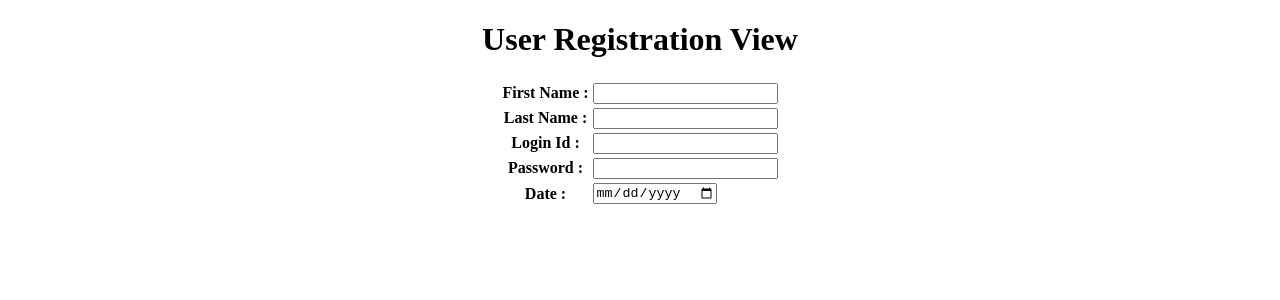
Repository: HimanshuJain1991/ProjectModuleUseCase
Page: http://localhost/Practice/UserRegistrationView.jsp
These files come from the project's save history. The page is drawn as it stood at one moment and after the next save; the edit follows.
The browser window is 1280 px wide. The pictures show the whole page.
The page is served by Tomcat 9. Other server files are loaded and not shown.

Above is the page before, as saved 2024-02-27 11:07:30.

### Practice/src/main/webapp/UserRegistrationView.jsp
<%@page import="in.co.rays.dto.UserDTO"%>
<%@ page language="java" contentType="text/html; charset=ISO-8859-1"
	pageEncoding="ISO-8859-1"%>
<!DOCTYPE html>
<html>
<head>
<meta charset="ISO-8859-1">
<title>Insert title here</title>
</head>
<%
	UserDTO dto = new UserDTO();
%>
<body>

	<center>
		<h1>User Registration View</h1>
		<table>
			<tr>
				<th>First Name :</th>
				<td><input type="text" name="firstName"></td>
			</tr>
			<tr>
				<th>Last Name :</th>
				<td><input type="text" name="lastName"></td>

			</tr>
			<tr>
				<th>Login Id :</th>
				<td><input type="text" name="loginId"></td>

			</tr>
			<tr>
				<th>Password :</th>
				<td><input type="password" name="password"></td>

			</tr>
			<tr>
				<th>Date :</th>
				<td><input type="date" name="dob"></td>

			</tr>

			</center>
</body>
</html>

### Practice/src/main/java/in/co/rays/dto/UserDTO.java
package in.co.rays.dto;

import java.util.Date;

public class UserDTO {
	private int id=0;
	private String firstName=null;
	private String lastName=null;
	private String loginId=null;
	private String password=null;
	private Date dob;
	private String address=null;
	public int getId() {
		return id;
	}
	public void setId(int id) {
		this.id = id;
	}
	public String getFirstName() {
		return firstName;
	}
	public void setFirstName(String firstName) {
		this.firstName = firstName;
	}
	public String getLastName() {
		return lastName;
	}
	public void setLastName(String lastName) {
		this.lastName = lastName;
	}
	public String getLoginId() {
		return loginId;
	}
	public void setLoginId(String loginId) {
		this.loginId = loginId;
	}
	public String getPassword() {
		return password;
	}
	public void setPassword(String password) {
		this.password = password;
	}
	public Date getDob() {
		return dob;
	}
	public void setDob(Date dob) {
		this.dob = dob;
	}
	public String getAddress() {
		return address;
	}
	public void setAddress(String address) {
		this.address = address;
	}


}

After the next save:
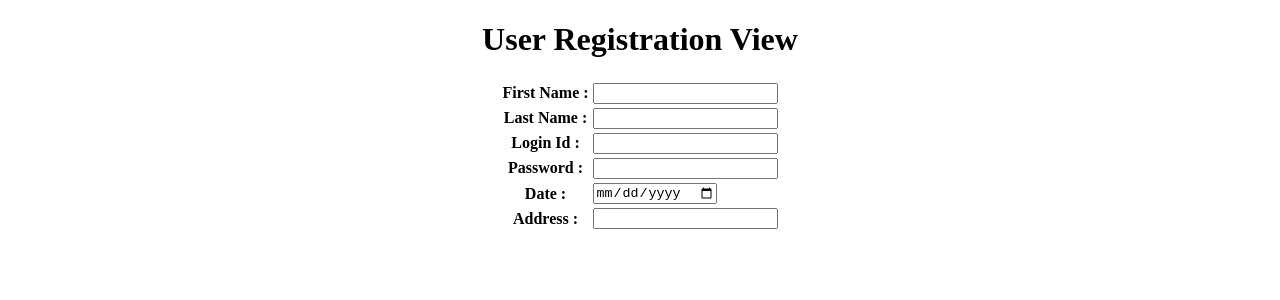
Saved 28 s later.
--- a/Practice/src/main/webapp/UserRegistrationView.jsp
+++ b/Practice/src/main/webapp/UserRegistrationView.jsp
@@ -39,6 +39,11 @@
 				<td><input type="date" name="dob"></td>
 
 			</tr>
+			<tr>
+				<th>Address :</th>
+				<td><input type="text" name="address"></td>
+
+			</tr>
 
 			</center>
 </body>
